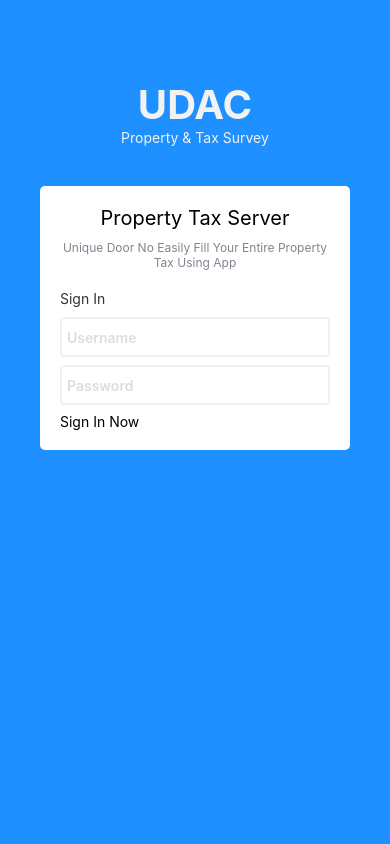
Repository: metalysm/BasicLoginPage
Screen: /
An editor plug-in stored every save of this project. The screen is shown before and after the next save, followed by the edit.
The app was drawn by React Native's web renderer in a window 390 px wide. The project was rebuilt for these pictures with package versions that can differ from the ones it lists, and the page was loaded fresh each time.

Above is the screen before, as saved 2019-12-05 16:22:07.

After the next save:
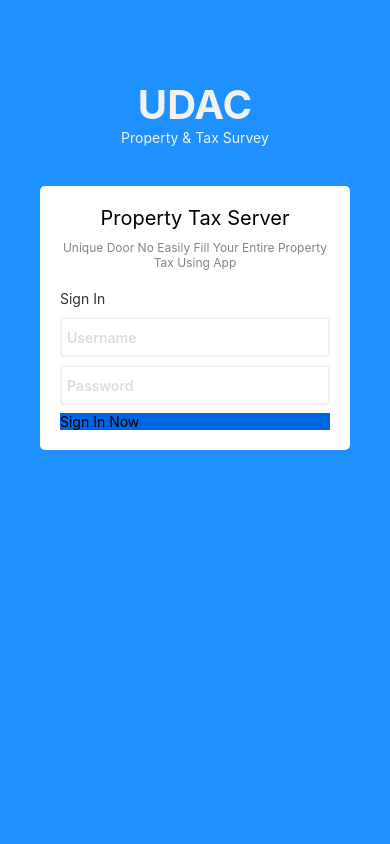
Saved 70 s later.
--- a/src/components/MyButton.js
+++ b/src/components/MyButton.js
@@ -5,7 +5,7 @@ import PropTypes from 'prop-types';
 export default class MyButton extends Component {
     render() {
         return (
-            <TouchableOpacity>
+            <TouchableOpacity style={[styles.button, {backgroundColor: this.props.bgColor}]}>
                 <Text>{this.props.text}</Text>
             </TouchableOpacity>
         );
@@ -18,5 +18,7 @@ MyButton.propTypes = {
 };
 
 const styles = StyleSheet.create({
+    button: {
 
+    }
 });
